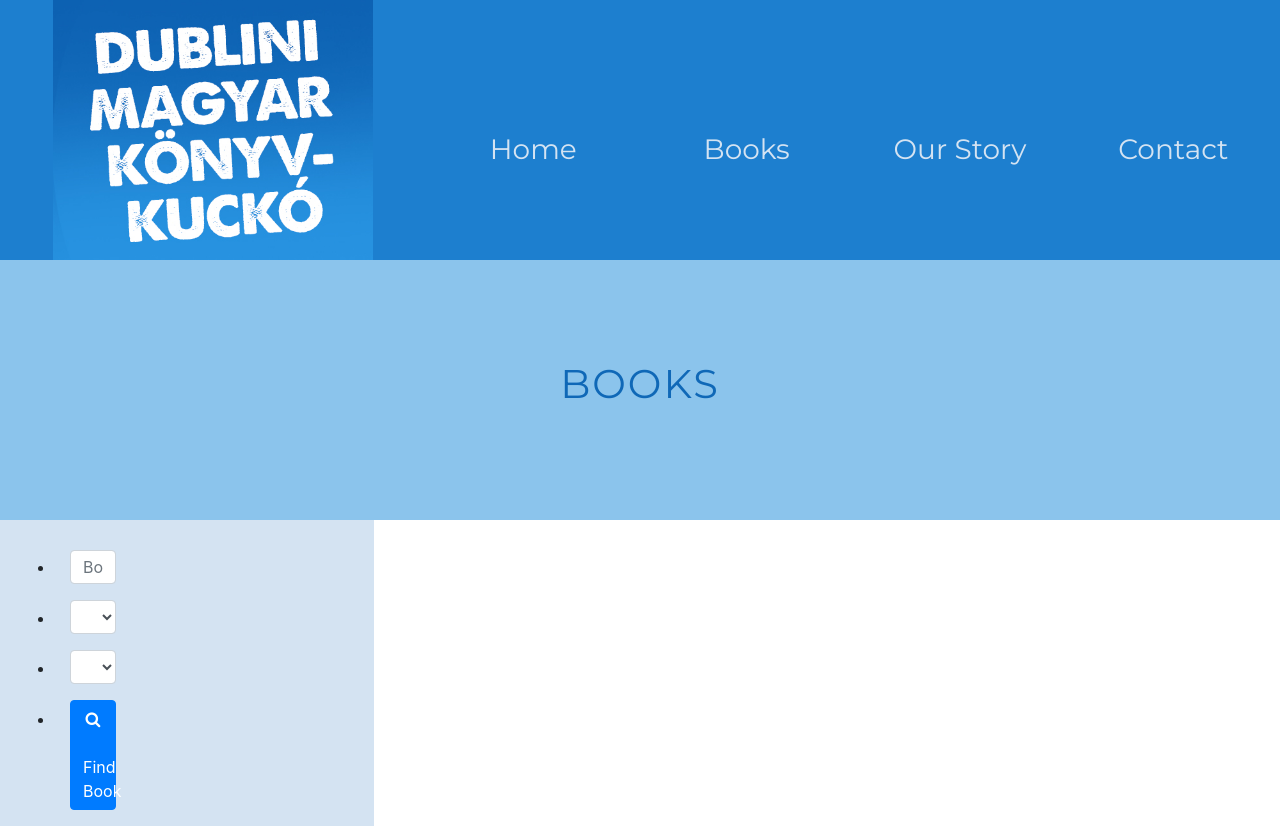
Repository: taikatta/Konyvkucko
Page: books.html
The author's editor kept a record of every edit. The page is drawn from the files as they stood at one moment, then again after the next edit.
The browser window is 1280 px wide. The pictures show the whole page.

Above is the page before.

After the next edit:
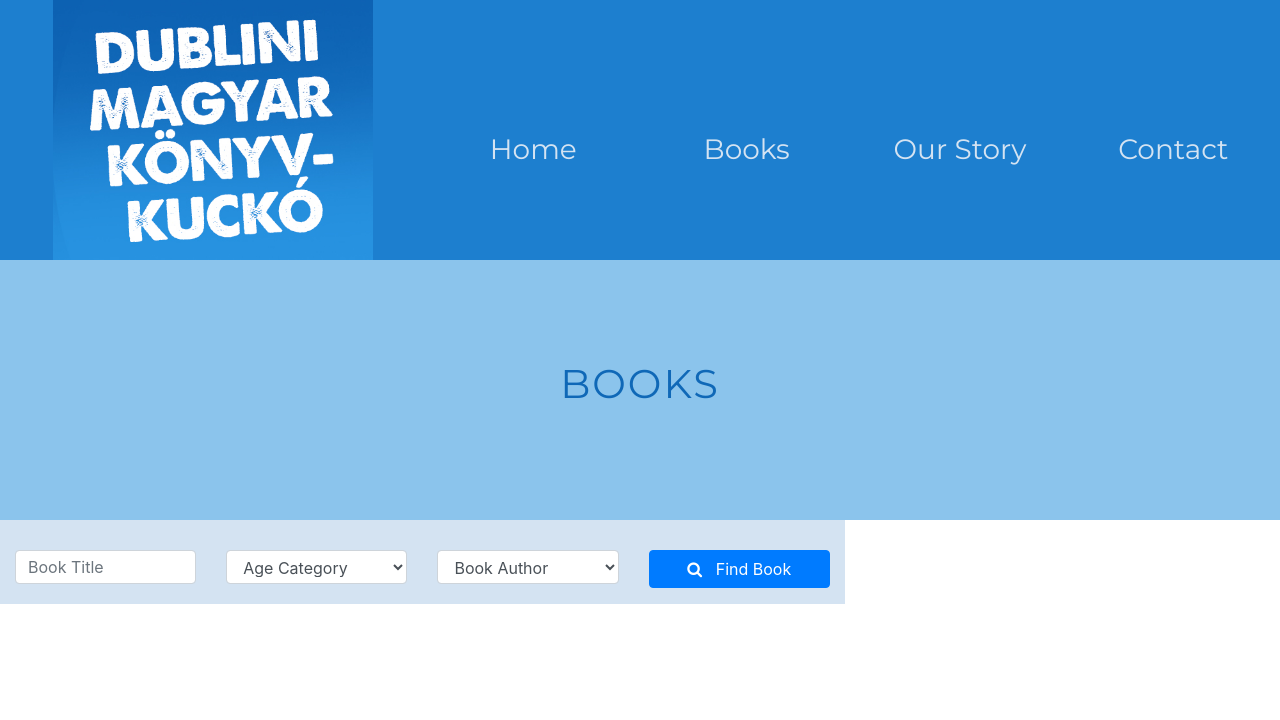
The edit:
--- a/books.html
+++ b/books.html
@@ -45,57 +45,52 @@
                 <h1> Books </h1>
             </div>
 
+
+
             <div class="book-search">
                 <div class="container">
                     <form class method="get" action="books.html/">
                         <div class="row">
-                            <div class="col">
-                                <ul class="form-group">
 
 
 
-
-
-
-                                <li class="col-sm-6 col-md-3">
-                                    <div class="form-group">
-                                        <input name="s" value type="text" class="form-control" id="keyboard" placeholder="Book Title">
-                                    </div>
-                                </li>
-                                <li class="col-sm-6 col-md-3">
-                                    <div class="form-group">
-                                        <select name="product_cat" id="product_cat" class="form-control">
+                            <div class="col-sm-6 col-md-3">
+                                <div class="form-group">
+                                    <input name="s" value type="text" class="form-control" id="keyboard" placeholder="Book Title">
+                                </div>
+                            </div>
+                            <div class="col-sm-6 col-md-3">
+                                <div class="form-group">
+                                    <select name="product_cat" id="product_cat" class="form-control">
                                         <option value="0">Age Category</option>
                                         <option class="level-0" value="0-3">0 - 3 years old</option>
                                         <option class="level-1" value="2-5">2 - 5 years old</option>
                                     </select>
-                                    </div>
-                                </li>
-                                <li class="col-sm-6 col-md-3">
-                                    <div class="form-group">
-                                        <select name="book_author" id="book-author" class="form-control">
+                                </div>
+                            </div>
+                            <div class="col-sm-6 col-md-3">
+                                <div class="form-group">
+                                    <select name="book_author" id="book-author" class="form-control">
                                         <option value="0">Book Author</option>
                                         <option class="level-0" value="BergJ">Berg Judit</option>
                                         <option class="level-1" value="AgocsI">Agocs Irisz</option>
                                         <option class="level-2" value="MarekV">Marek Veronika</option>
                                         <option class="level-3" value="VarroD">Varro Daniel</option>
                                     </select>
-                                    </div>
-                                </li>
-                                <li class="col-sm-6 col-md-3">
-                                    <div class="form-group">
-                                        <input type="hidden" name="post_type" value="product">
-                                        <button type="submit" class="btn btn-primary btn-block">
+                                </div>
+                            </div>
+                            <div class="col-sm-6 col-md-3">
+                                <div class="form-group">
+                                    <input type="hidden" name="post_type" value="product">
+                                    <button type="submit" class="btn btn-primary btn-block">
                                         <i class="fa fa-search"></i>
                                         &nbsp;
                                         Find Book
 
                                     </button>
-                                    </div>
-                                </li>
+                                </div>
+                            </div>
 
-                                </ul>
-                            </div>
                         </div>
                     </form>
                 </div>
